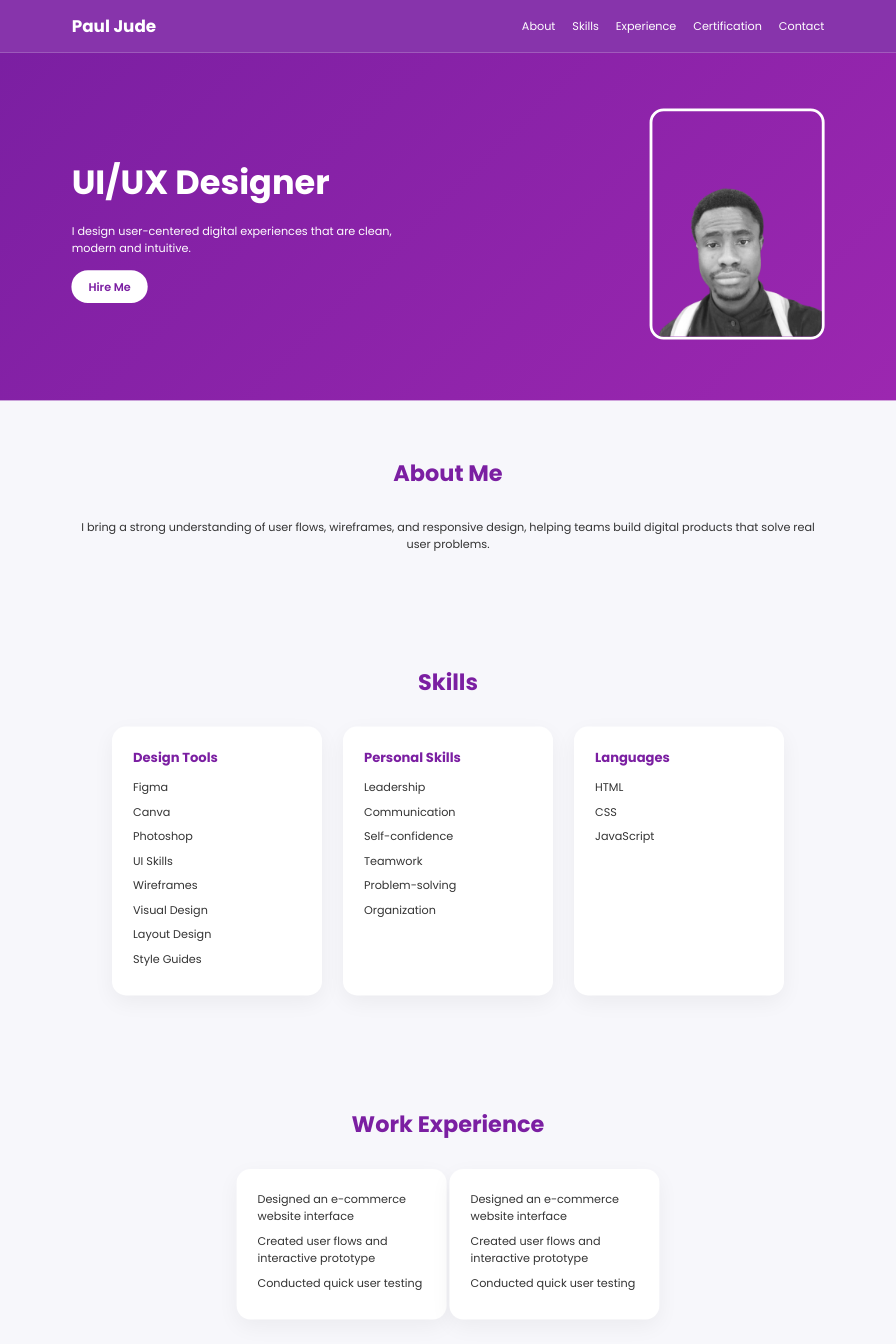
Repository: Paulo-930/UI-UX-Portfolio
Page: index.html
These files come from the project's save history. The page is drawn as it stood at one moment and after the next save; the edit follows.
The browser window is 1280 px wide. The pictures show the part of the page from y = 0 to 1920 px (the page is 2661 px tall before and 720 px after), at 70% of full size.

Above is the page before, as saved 2026-02-23 11:20:16.

After the next save:
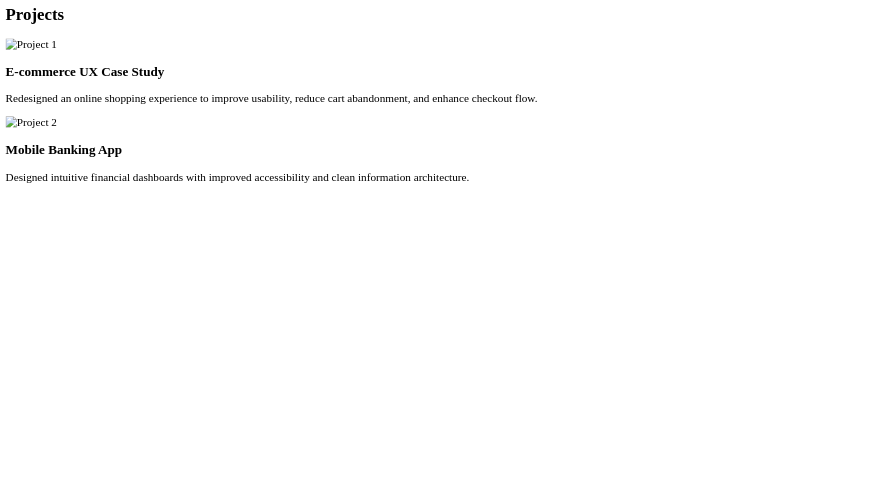
Not found: Imagery/project1.png
Not found: Imagery/project2.png
Saved 7 min 5 s later.
--- a/index.html
+++ b/index.html
@@ -1,127 +1,33 @@
-<!DOCTYPE html>
-<html lang="en">
-<head>
-  <meta charset="UTF-8" />
-  <meta name="viewport" content="width=device-width, initial-scale=1.0" />
-  <title>Paul Jude | UI/UX Designer</title>
-  <link rel="stylesheet" href="style.css" />
-  <link href="https://fonts.googleapis.com/css2?family=Poppins:wght@300;400;600;700&display=swap" rel="stylesheet">
-</head>
-<body>
+<!-- PROJECTS -->
+<section id="projects" class="section">
+  <h2>Projects</h2>
 
-  <!-- HEADER -->
-  <header class="navbar">
-    <h2 class="logo">Paul Jude</h2>
-    <nav>
-      <a href="#about">About</a>
-      <a href="#skills">Skills</a>
-      <a href="#experience">Experience</a>
-      <a href="#certification">Certification</a>
-      <a href="#contact">Contact</a>
-    </nav>
-  </header>
-
-  <!-- HERO SECTION -->
-  <section class="hero">
-    <div class="hero-text">
-      <h1>UI/UX Designer</h1>
-      <p>I design user-centered digital experiences that are clean, modern and intuitive.</p>
-      <a href="#contact" class="btn">Hire Me</a>
+  <div class="projects-grid">
+    <div class="project-card">
+      <div class="project-image">
+        <!-- Replace with your project image -->
+        <img src="Imagery/project1.png" alt="Project 1">
+      </div>
+      <div class="project-content">
+        <h3>E-commerce UX Case Study</h3>
+        <p>
+          Redesigned an online shopping experience to improve usability,
+          reduce cart abandonment, and enhance checkout flow.
+        </p>
+      </div>
     </div>
 
-    <div class="hero-image">
-      <img src="Imagery/profile.png" alt="Paul Jude">
-    </div>
-  </section>
-
-  <!-- ABOUT -->
-  <section id="about" class="section">
-    <h2>About Me</h2>
-    <p>
-      I bring a strong understanding of user flows, wireframes, and responsive design,
-      helping teams build digital products that solve real user problems.
-    </p>
-  </section>
-
-  <!-- SKILLS -->
-  <section id="skills" class="section">
-    <h2>Skills</h2>
-
-    <div class="skills-grid">
-      <div class="card">
-        <h3>Design Tools</h3>
-        <ul>
-          <li>Figma</li>
-          <li>Canva</li>
-          <li>Photoshop</li>
-          <li>UI Skills</li>
-          <li>Wireframes</li>
-          <li>Visual Design</li>
-          <li>Layout Design</li>
-          <li>Style Guides</li>
-        </ul>
+    <div class="project-card">
+      <div class="project-image">
+        <img src="Imagery/project2.png" alt="Project 2">
       </div>
-
-      <div class="card">
-        <h3>Personal Skills</h3>
-        <ul>
-          <li>Leadership</li>
-          <li>Communication</li>
-          <li>Self-confidence</li>
-          <li>Teamwork</li>
-          <li>Problem-solving</li>
-          <li>Organization</li>
-        </ul>
-      </div>
-
-      <div class="card">
-        <h3>Languages</h3>
-        <ul>
-          <li>HTML</li>
-          <li>CSS</li>
-          <li>JavaScript</li>
-        </ul>
+      <div class="project-content">
+        <h3>Mobile Banking App</h3>
+        <p>
+          Designed intuitive financial dashboards with improved
+          accessibility and clean information architecture.
+        </p>
       </div>
     </div>
-  </section>
-
-  <!-- EXPERIENCE -->
-  <section id="experience" class="section">
-    <h2>Work Experience</h2>
-    <div class="card">
-      <ul>
-        <li>Designed an e-commerce website interface</li>
-        <li>Created user flows and interactive prototype</li>
-        <li>Conducted quick user testing</li>
-      </ul>
-    </div>
-    <div class="card">
-      <ul>
-        <li>Designed an e-commerce website interface</li>
-        <li>Created user flows and interactive prototype</li>
-        <li>Conducted quick user testing</li>
-      </ul>
-    </div>
-  </section>
-
-  <!-- CERTIFICATION -->
-  <section id="certification" class="section">
-    <h2>Certification</h2>
-    <div class="card">
-      <p>LUD UI/UX ACADEMY</p>
-    </div>
-  </section>
-
-  <!-- CONTACT -->
-  <section id="contact" class="section contact">
-    <h2>Let's Work Together</h2>
-    <p>Email: okeakwalampaul@gmail.com</p>
-    <p>Phone: +234 913 329 0391</p>
-  </section>
-
-  <footer>
-    <p>© 2026 Paul Jude | UI/UX Designer</p>
-  </footer>
-
-</body>
-</html>
+  </div>
+</section>

After the save that followed:
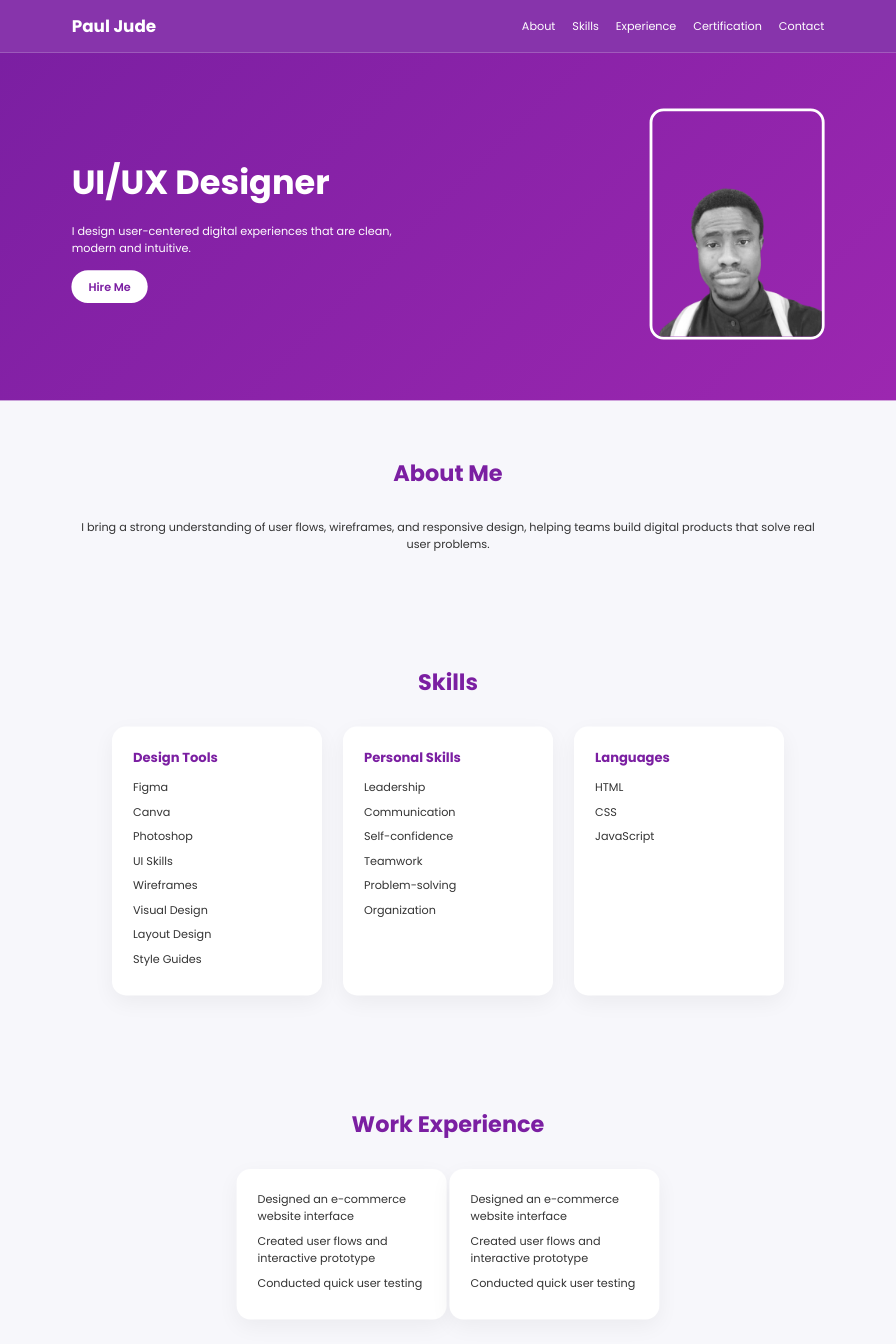
Saved 21 s later.
--- a/index.html
+++ b/index.html
@@ -1,33 +1,127 @@
-<!-- PROJECTS -->
-<section id="projects" class="section">
-  <h2>Projects</h2>
+<!DOCTYPE html>
+<html lang="en">
+<head>
+  <meta charset="UTF-8" />
+  <meta name="viewport" content="width=device-width, initial-scale=1.0" />
+  <title>Paul Jude | UI/UX Designer</title>
+  <link rel="stylesheet" href="style.css" />
+  <link href="https://fonts.googleapis.com/css2?family=Poppins:wght@300;400;600;700&display=swap" rel="stylesheet">
+</head>
+<body>
 
-  <div class="projects-grid">
-    <div class="project-card">
-      <div class="project-image">
-        <!-- Replace with your project image -->
-        <img src="Imagery/project1.png" alt="Project 1">
+  <!-- HEADER -->
+  <header class="navbar">
+    <h2 class="logo">Paul Jude</h2>
+    <nav>
+      <a href="#about">About</a>
+      <a href="#skills">Skills</a>
+      <a href="#experience">Experience</a>
+      <a href="#certification">Certification</a>
+      <a href="#contact">Contact</a>
+    </nav>
+  </header>
+
+  <!-- HERO SECTION -->
+  <section class="hero">
+    <div class="hero-text">
+      <h1>UI/UX Designer</h1>
+      <p>I design user-centered digital experiences that are clean, modern and intuitive.</p>
+      <a href="#contact" class="btn">Hire Me</a>
+    </div>
+
+    <div class="hero-image">
+      <img src="Imagery/profile.png" alt="Paul Jude">
+    </div>
+  </section>
+
+  <!-- ABOUT -->
+  <section id="about" class="section">
+    <h2>About Me</h2>
+    <p>
+      I bring a strong understanding of user flows, wireframes, and responsive design,
+      helping teams build digital products that solve real user problems.
+    </p>
+  </section>
+
+  <!-- SKILLS -->
+  <section id="skills" class="section">
+    <h2>Skills</h2>
+
+    <div class="skills-grid">
+      <div class="card">
+        <h3>Design Tools</h3>
+        <ul>
+          <li>Figma</li>
+          <li>Canva</li>
+          <li>Photoshop</li>
+          <li>UI Skills</li>
+          <li>Wireframes</li>
+          <li>Visual Design</li>
+          <li>Layout Design</li>
+          <li>Style Guides</li>
+        </ul>
       </div>
-      <div class="project-content">
-        <h3>E-commerce UX Case Study</h3>
-        <p>
-          Redesigned an online shopping experience to improve usability,
-          reduce cart abandonment, and enhance checkout flow.
-        </p>
+
+      <div class="card">
+        <h3>Personal Skills</h3>
+        <ul>
+          <li>Leadership</li>
+          <li>Communication</li>
+          <li>Self-confidence</li>
+          <li>Teamwork</li>
+          <li>Problem-solving</li>
+          <li>Organization</li>
+        </ul>
+      </div>
+
+      <div class="card">
+        <h3>Languages</h3>
+        <ul>
+          <li>HTML</li>
+          <li>CSS</li>
+          <li>JavaScript</li>
+        </ul>
       </div>
     </div>
+  </section>
 
-    <div class="project-card">
-      <div class="project-image">
-        <img src="Imagery/project2.png" alt="Project 2">
-      </div>
-      <div class="project-content">
-        <h3>Mobile Banking App</h3>
-        <p>
-          Designed intuitive financial dashboards with improved
-          accessibility and clean information architecture.
-        </p>
-      </div>
+  <!-- EXPERIENCE -->
+  <section id="experience" class="section">
+    <h2>Work Experience</h2>
+    <div class="card">
+      <ul>
+        <li>Designed an e-commerce website interface</li>
+        <li>Created user flows and interactive prototype</li>
+        <li>Conducted quick user testing</li>
+      </ul>
     </div>
-  </div>
-</section>
+    <div class="card">
+      <ul>
+        <li>Designed an e-commerce website interface</li>
+        <li>Created user flows and interactive prototype</li>
+        <li>Conducted quick user testing</li>
+      </ul>
+    </div>
+  </section>
+
+  <!-- CERTIFICATION -->
+  <section id="certification" class="section">
+    <h2>Certification</h2>
+    <div class="card">
+      <p>LUD UI/UX ACADEMY</p>
+    </div>
+  </section>
+
+  <!-- CONTACT -->
+  <section id="contact" class="section contact">
+    <h2>Let's Work Together</h2>
+    <p>Email: okeakwalampaul@gmail.com</p>
+    <p>Phone: +234 913 329 0391</p>
+  </section>
+
+  <footer>
+    <p>© 2026 Paul Jude | UI/UX Designer</p>
+  </footer>
+
+</body>
+</html>
